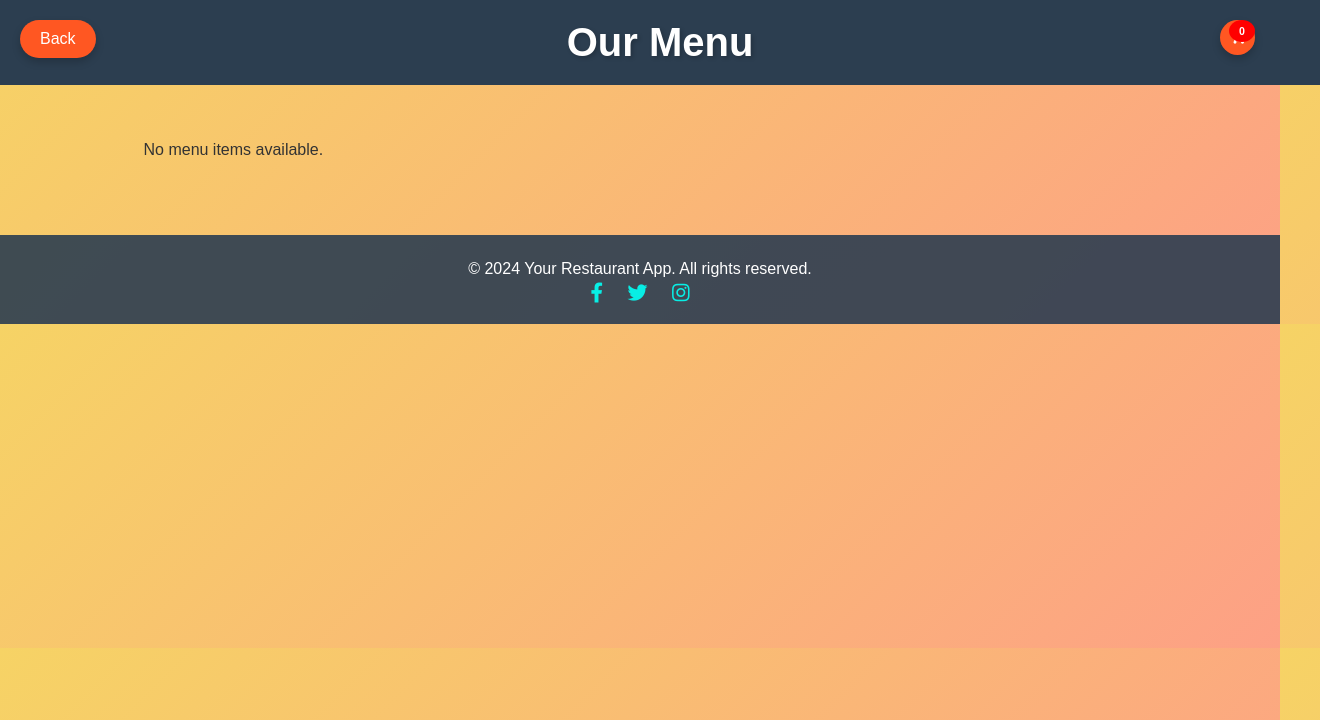
Repository: Masood395/Food-App
Page: http://localhost/FoodApp/getMenu.jsp
These files come from the project's save history. The page is drawn as it stood at one moment and after the next save; the edit follows.
The browser window is 1280 px wide. The page is 1320 px wide, so the pictures cover 1320 px, including what lies to the right of the window. The pictures show the whole page.
The page is served by Tomcat 9.

Above is the page before, as saved 2024-11-13 18:05:20.

After the next save:
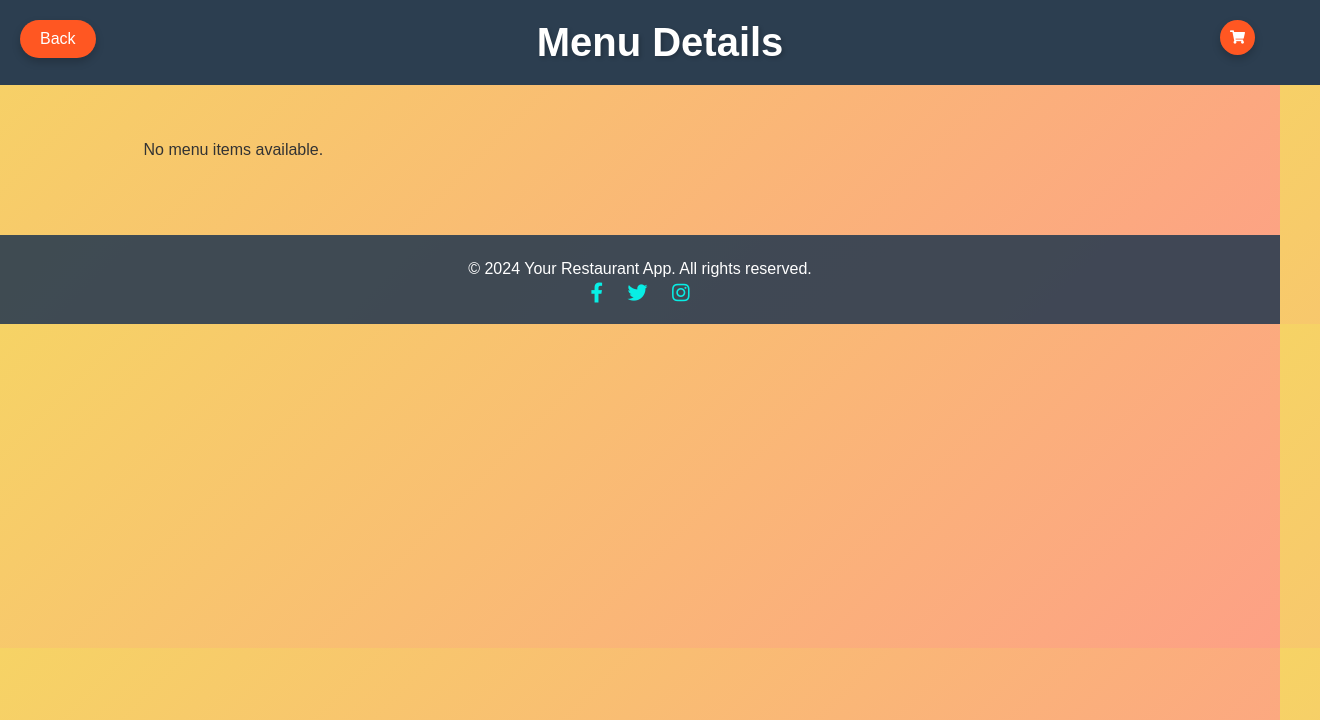
Saved 50 s later.
--- a/FoodApp/src/main/webapp/getMenu.jsp
+++ b/FoodApp/src/main/webapp/getMenu.jsp
@@ -77,18 +77,6 @@
             background: #E64A19;
         }
 
-        .cart-icon .item-count {
-            position: absolute;
-            top: 0;
-            right: 0;
-            background: red;
-            color: white;
-            font-size: 0.8em;
-            border-radius: 50%;
-            padding: 5px 10px;
-            font-weight: bold;
-        }
-
         /* Grid Container for Cards */
         .container {
             display: grid;
@@ -219,7 +207,7 @@
         .popup {
             display: none;
             position: fixed;
-            top: 50%;
+            top: 90%;
             left: 50%;
             transform: translate(-50%, -50%);
             background: rgba(0, 0, 0, 0.8);
@@ -272,41 +260,31 @@
                 font-size: 0.9em;
             }
         }
-
     </style>
 </head>
 <body>
 
 <header>
-    <h1>Our Menu</h1>
-    <button class="back-button" onclick="window.history.back()">Back</button>
-    <button class="cart-icon">
+    <h1>Menu Details</h1>
+    <button class="back-button" onclick="window.location.href='home.jsp';">Back</button>
+    <button class="cart-icon" onclick="window.location.href='cart.jsp';">
         <i class="fas fa-shopping-cart"></i>
-        <span class="item-count">
-            <%
-                Integer cartItemCount = (Integer) session.getAttribute("cartItemCount");
-                if (cartItemCount != null && cartItemCount > 0) {
-                    out.print(cartItemCount);
-                } else {
-                    out.print("0");
-                }
-            %>
-        </span>
     </button>
 </header>
 
 <div class="container">
     <%
-        List<Menu> menuItems = (List<Menu>) session.getAttribute("menuItems");
-        if (menuItems != null && !menuItems.isEmpty()) {
-            for (Menu mnu : menuItems) {
+        List<Menu> mList = (List<Menu>) session.getAttribute("menuList");
+        if (mList != null && !mList.isEmpty()) {
+            for(Menu mnu : mList) {
     %>
         <div class="card">
             <img src="<%= mnu.getImage() %>" alt="<%= mnu.getMenuName() %>">
             <div class="card-body">
                 <h2><%= mnu.getMenuName() %></h2>
+                <p><strong>Description:</strong> <%= mnu.getDescription() %></p>
                 <p class="price">$<%= mnu.getPrice() %></p>
-                <p class="rating">Rating: <%= mnu.getRating() %></p>
+                <p class="rating">Rating: <%= mnu.getRating() %> / 5</p>
                 <p class="availability <%= mnu.isAvailable() ? "available" : "not-available" %>">
                     <%= mnu.isAvailable() ? "Available" : "Not Available" %>
                 </p>
@@ -340,12 +318,6 @@
 %>
     <div class="popup active">
         <p>Item added to cart successfully!</p>
-        <p>Total items in cart:
-            <%
-                cartItemCount = (Integer) session.getAttribute("cartItemCount");
-                out.print(cartItemCount != null ? cartItemCount : 0);
-            %>
-        </p>
         <button onclick="window.location.href='cart.jsp';">Go to Cart</button>
     </div>
 <%
@@ -353,7 +325,7 @@
 %>
 
 <footer>
-    <p>&copy; 2024 Your Restaurant App. All rights reserved.</p>
+    <p>&copy;  2024 Your Restaurant App. All rights reserved.</p>
     <div class="social-icons">
         <a href="#" class="fab fa-facebook-f"></a>
         <a href="#" class="fab fa-twitter"></a>

After the save that followed:
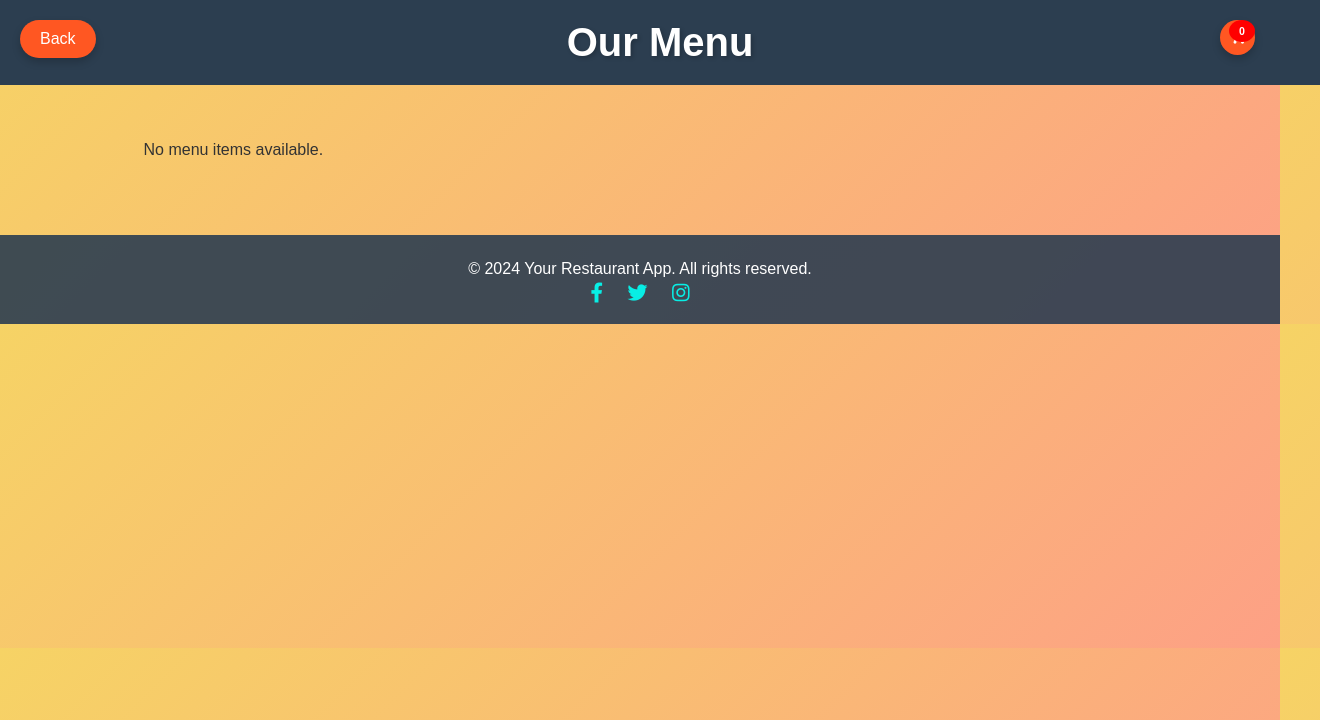
Saved 50 s later.
--- a/FoodApp/src/main/webapp/getMenu.jsp
+++ b/FoodApp/src/main/webapp/getMenu.jsp
@@ -77,6 +77,18 @@
             background: #E64A19;
         }
 
+        .cart-icon .item-count {
+            position: absolute;
+            top: 0;
+            right: 0;
+            background: red;
+            color: white;
+            font-size: 0.8em;
+            border-radius: 50%;
+            padding: 5px 10px;
+            font-weight: bold;
+        }
+
         /* Grid Container for Cards */
         .container {
             display: grid;
@@ -207,7 +219,7 @@
         .popup {
             display: none;
             position: fixed;
-            top: 90%;
+            top: 50%;
             left: 50%;
             transform: translate(-50%, -50%);
             background: rgba(0, 0, 0, 0.8);
@@ -260,31 +272,41 @@
                 font-size: 0.9em;
             }
         }
+
     </style>
 </head>
 <body>
 
 <header>
-    <h1>Menu Details</h1>
-    <button class="back-button" onclick="window.location.href='home.jsp';">Back</button>
-    <button class="cart-icon" onclick="window.location.href='cart.jsp';">
+    <h1>Our Menu</h1>
+    <button class="back-button" onclick="window.history.back()">Back</button>
+    <button class="cart-icon">
         <i class="fas fa-shopping-cart"></i>
+        <span class="item-count">
+            <%
+                Integer cartItemCount = (Integer) session.getAttribute("cartItemCount");
+                if (cartItemCount != null && cartItemCount > 0) {
+                    out.print(cartItemCount);
+                } else {
+                    out.print("0");
+                }
+            %>
+        </span>
     </button>
 </header>
 
 <div class="container">
     <%
-        List<Menu> mList = (List<Menu>) session.getAttribute("menuList");
-        if (mList != null && !mList.isEmpty()) {
-            for(Menu mnu : mList) {
+        List<Menu> menuItems = (List<Menu>) session.getAttribute("menuItems");
+        if (menuItems != null && !menuItems.isEmpty()) {
+            for (Menu mnu : menuItems) {
     %>
         <div class="card">
             <img src="<%= mnu.getImage() %>" alt="<%= mnu.getMenuName() %>">
             <div class="card-body">
                 <h2><%= mnu.getMenuName() %></h2>
-                <p><strong>Description:</strong> <%= mnu.getDescription() %></p>
                 <p class="price">$<%= mnu.getPrice() %></p>
-                <p class="rating">Rating: <%= mnu.getRating() %> / 5</p>
+                <p class="rating">Rating: <%= mnu.getRating() %></p>
                 <p class="availability <%= mnu.isAvailable() ? "available" : "not-available" %>">
                     <%= mnu.isAvailable() ? "Available" : "Not Available" %>
                 </p>
@@ -318,6 +340,12 @@
 %>
     <div class="popup active">
         <p>Item added to cart successfully!</p>
+        <p>Total items in cart:
+            <%
+                cartItemCount = (Integer) session.getAttribute("cartItemCount");
+                out.print(cartItemCount != null ? cartItemCount : 0);
+            %>
+        </p>
         <button onclick="window.location.href='cart.jsp';">Go to Cart</button>
     </div>
 <%
@@ -325,7 +353,7 @@
 %>
 
 <footer>
-    <p>&copy;  2024 Your Restaurant App. All rights reserved.</p>
+    <p>&copy; 2024 Your Restaurant App. All rights reserved.</p>
     <div class="social-icons">
         <a href="#" class="fab fa-facebook-f"></a>
         <a href="#" class="fab fa-twitter"></a>
